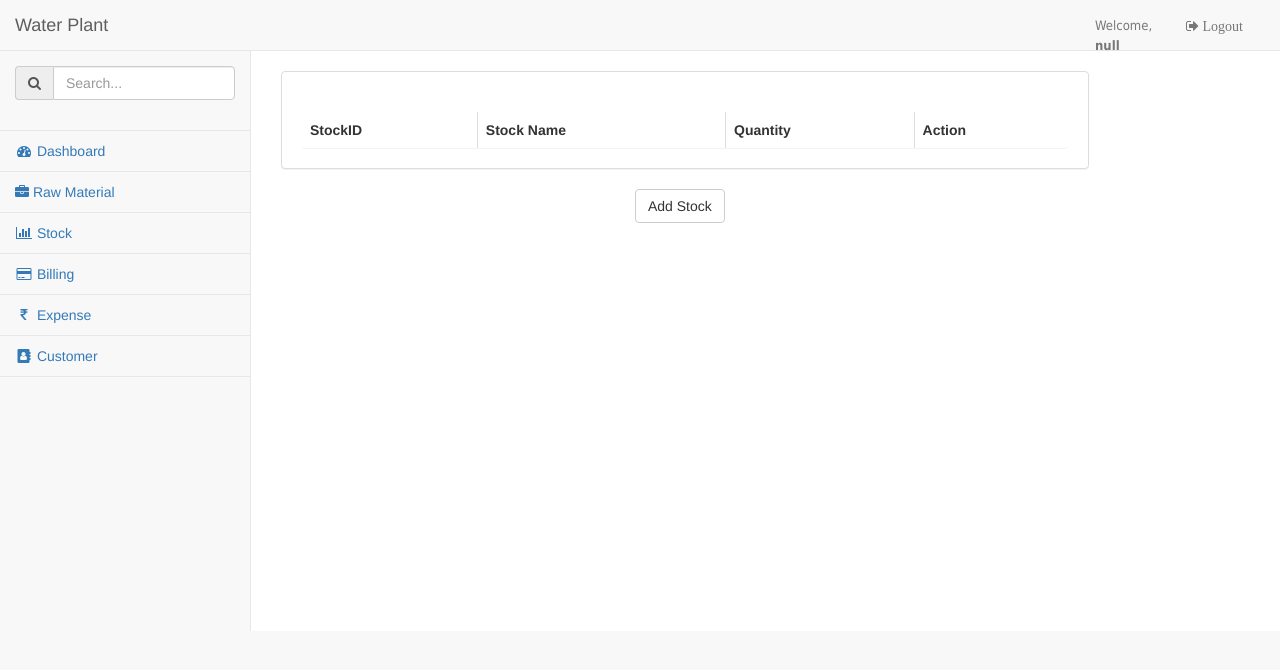
Repository: ShanmugamMoorthy/Waterplant_Project
Page: http://localhost/Waterplant_V1_0/Stock
The author's editor kept a copy of each file at every save. The page is drawn from the files as they stood at one save, then again after the next save.
The browser window is 1280 px wide. The pictures show the whole page.
Some web libraries are served in a nearby version. The page is served by Tomcat 9. Queries for data that is not in the repository find no rows.

Above is the page before, as saved 2018-03-24 04:52:04.
Console error: TypeError: $(...).DataTable is not a function

After the next save:
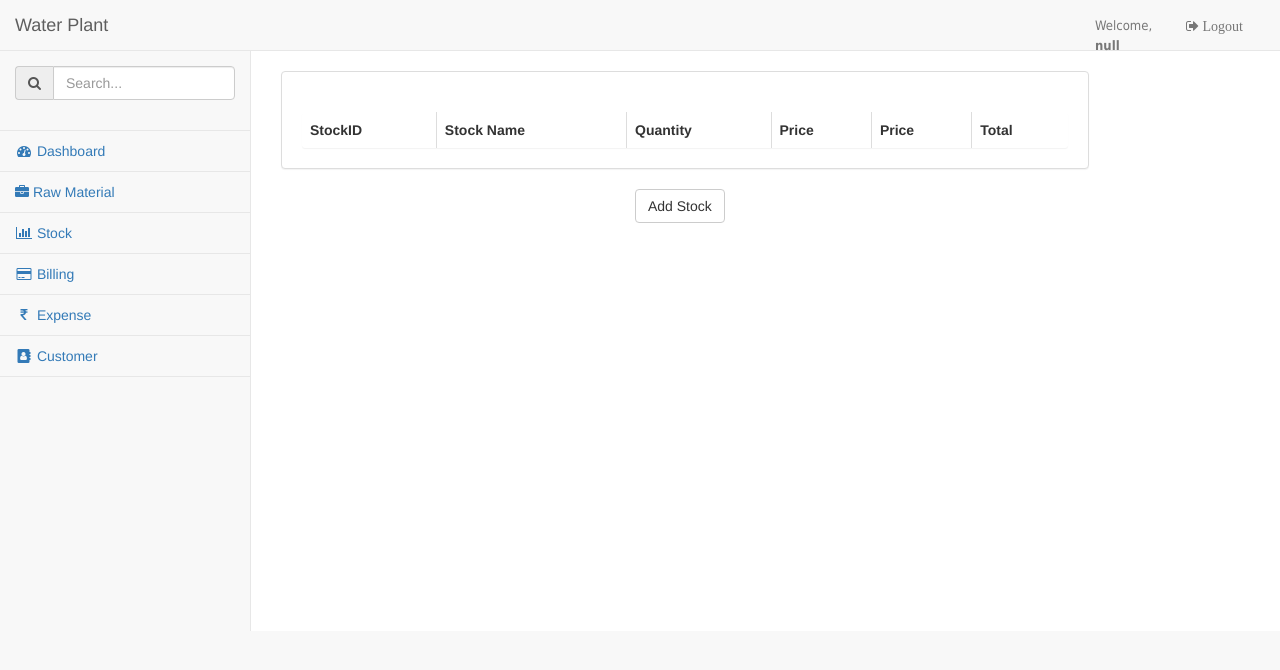
Saved 5 min 26 s later.
--- a/Waterplant_V1_0/src/main/webapp/Stock.jsp
+++ b/Waterplant_V1_0/src/main/webapp/Stock.jsp
@@ -143,7 +143,9 @@
 							<th>StockID</th>
 							<th>Stock Name</th>
 							<th>Quantity</th>
-							<th>Action</th>
+							<th>Price</th>
+							<th>Price</th>
+							<th>Total</th>
 						</tr>
 					</thead>
 				</table>
